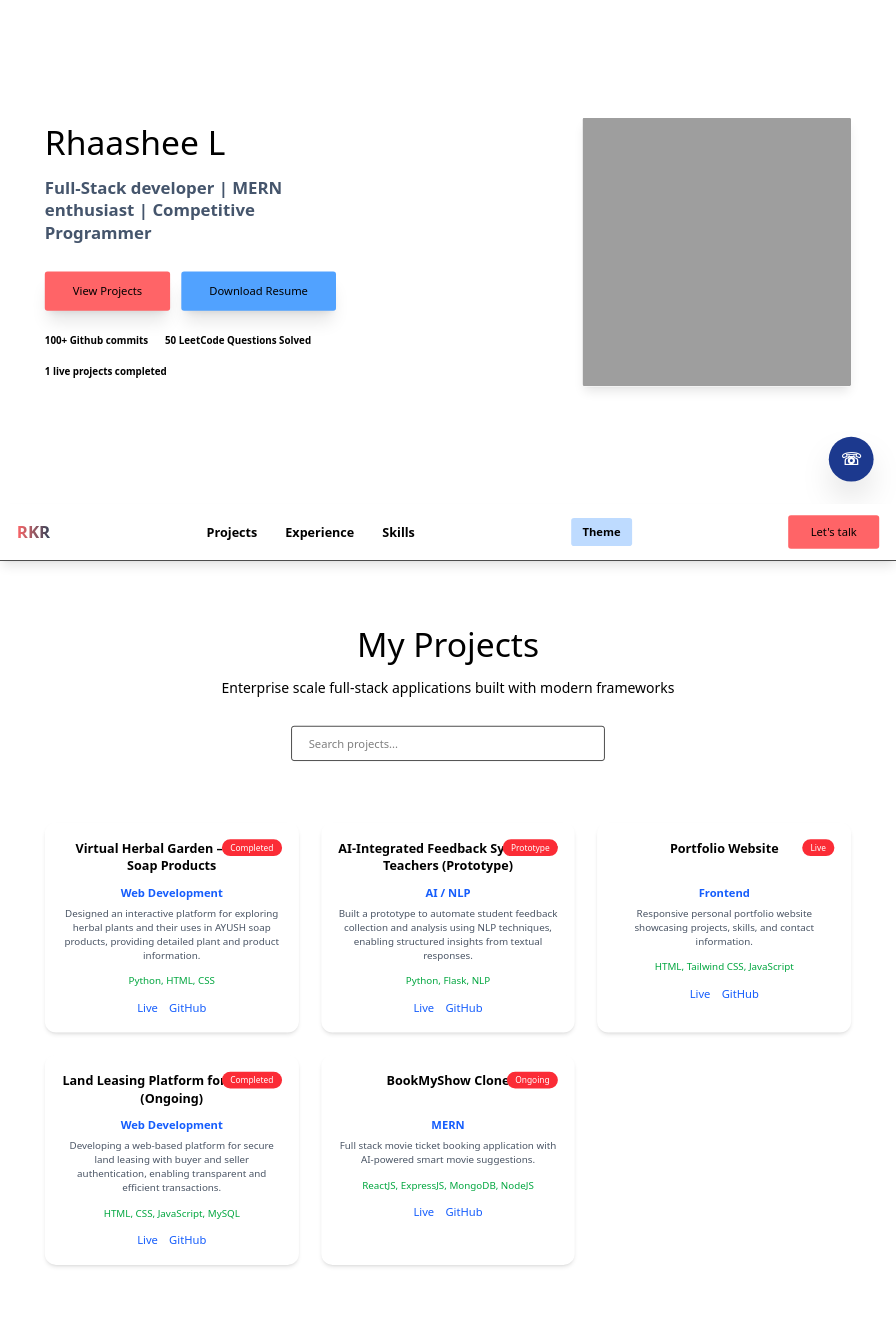
Repository: Rhaashee/myProfile
Page: index.html
These files come from the project's save history. The page is drawn as it stood at one moment and after the next save; the edit follows.
The browser window is 1280 px wide. The pictures show the part of the page from y = 0 to 1920 px (the page is 3071 px tall), at 70% of full size.
Pictures or frames that could not be fetched are drawn as grey boxes.

Above is the page before, as saved 2026-04-27 17:03:00.
Console error: SyntaxError: Identifier 'projectsData' has already been declared

After the next save:
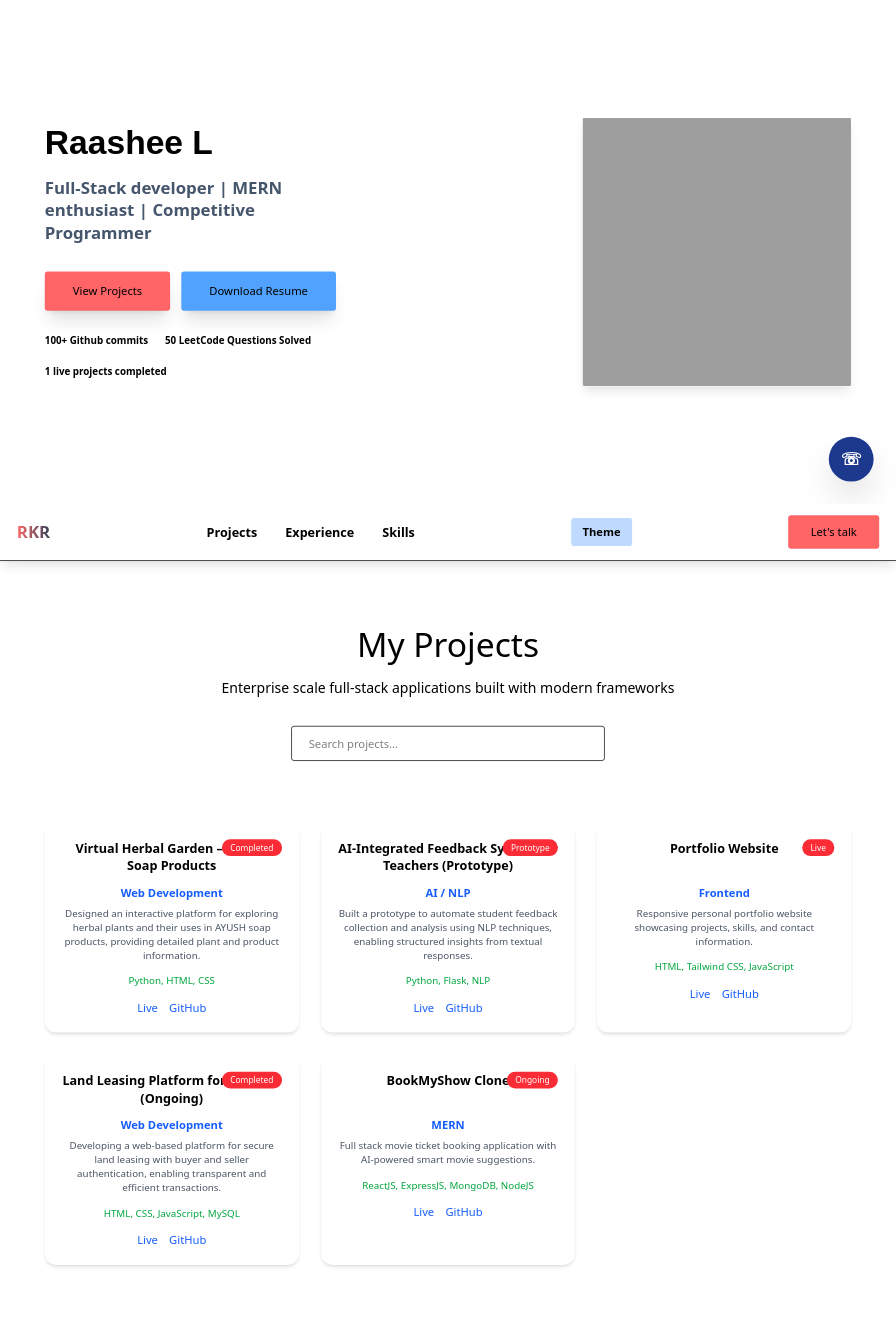
Saved 2 min 45 s later.
--- a/index.html
+++ b/index.html
@@ -22,7 +22,9 @@
 
         <div class="order-2 lg:order-1 flex-1 lg:max-w-lg text-center lg:text-left">
 
-            <h1 class="text-5xl mb-6">Rhaashee L</h1>
+            <h1 class="text-5xl mb-6 font-bold" style="font-family: 'Poppins', sans-serif;">
+    Raashee L
+</h1>
 
             <p class="text-xl lg:text-2xl text-slate-600 font-bold mb-10 max-w-md mx-auto lg:mx-0">
                 Full-Stack developer | MERN enthusiast | Competitive Programmer
